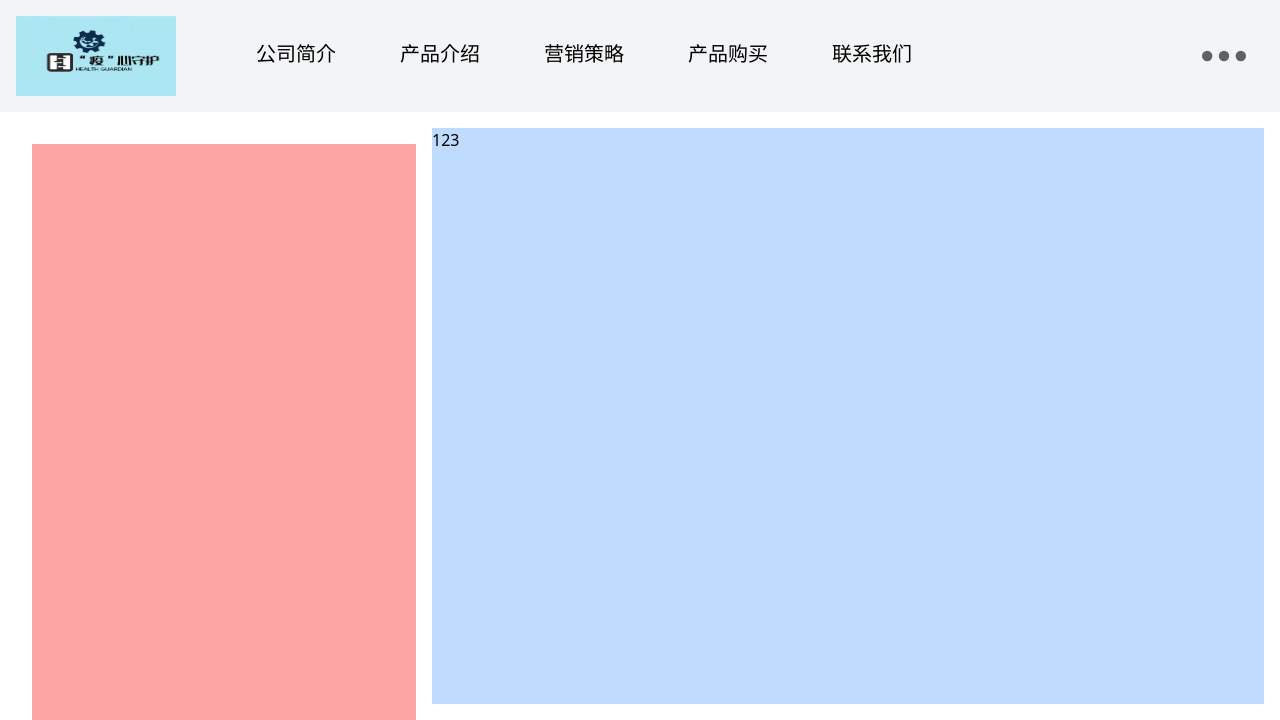
Repository: LiuRuohui/company_introduction
Page: /#/introduction
An editor plug-in stored every save of this project. The page is shown before and after the next save, followed by the edit.
The browser window is 1280 px wide. The pictures show the whole page.
The project was rebuilt for these pictures with package versions that can differ from the ones it lists, and the page was loaded fresh each time. Also part of the build but not shown: vite.config.js, src/components/product.vue, src/components/purchase.vue, src/components/strategy.vue, src/components/contact.vue, src/components/public.vue.

Above is the page before, as saved 2022-05-09 23:30:28.

### index.html
<!DOCTYPE html>
<html lang="en">
  <head>
    <meta charset="UTF-8" />
    <link rel="icon" href="/favicon.ico" />
    <meta name="viewport" content="width=device-width, initial-scale=1.0" />
    <title>COMPANY_INTRODUCTION</title>
  </head>
  <body>
    <div id="app"></div>
    <script type="module" src="/src/main.js"></script>
  </body>
</html>

### src/main.js
import { createApp } from 'vue'
import "./index.css";
//引入路由器
import router from '../src/router/route.js'

import App from './App.vue'

const app = createApp(App);
app.use(router);
app.mount('#app');

### src/index.css
/* ./src/index.css */

@tailwind base;
@tailwind components;
.inputFrame {
  @apply w-full content-center text-base px-4 py-2 border-b rounded-2xl border-gray-300;
}

.inputFrame:focus {
  @apply outline-none border-indigo-500;
}

.btn {
  @apply w-full flex justify-center bg-gradient-to-r from-indigo-500 to-blue-600 text-gray-100 p-4 rounded-full tracking-wide font-semibold shadow-lg cursor-pointer transition ease-in duration-500;
}

.btn:hover {
  @apply bg-gradient-to-l from-blue-500 to-indigo-600;
}

.label {
  @apply ml-3 text-sm font-bold text-gray-700 tracking-wide;
}

@tailwind utilities;

### src/router/route.js
import { createRouter, createWebHashHistory } from "vue-router";
//引入组件
import Introduction from "../components/introduction.vue"
import Product from "../components/product.vue"
import Purchase from "../components/purchase.vue"
import Strategy from "../components/strategy.vue"
import Contact from "../components/contact.vue"

const route = [
    {
        path:'/introduction',
        component:Introduction
    },
    {
        path:'/product',
        component:Product
    },
    {
        path:'/strategy',
        component:Strategy
    },
    {
        path:'/purchase',
        component:Purchase
    },
    {
        path:'/contact',
        component:Contact
    },
]

// 创建路由对象
const router = createRouter({
    history: createWebHashHistory(),
    routes: route
  });


export default router

### src/App.vue
<script setup>
import Public from './components/public.vue';
import MainPage from './components/mainPage.vue';
// This starter template is using Vue 3 <script setup> SFCs
// Check out https://vuejs.org/api/sfc-script-setup.html#script-setup

</script>

<template>
<MainPage></MainPage>
</template>

<style>

</style>

### src/components/introduction.vue
<script setup>

</script>

<template>
<div class="w-full m-4 flex flex-row">
    <div class="flex h-full w-1/3">
        <div class="m-4 bg-red-300 w-full h-full">

        </div>
    </div>
    <div class="flex flex-grow bg-blue-200">
123
    </div>
</div>
</template>

### src/components/mainPage.vue
<script setup></script>

<template>
    <div class="max-h-full min-h-screen w-full flex flex-col bg-white">
        <div class="w-full h-28 flex flex-row bg-gray-100">
            <div class="h-full">
                <img
                    src="/src/assets/logo.png"
                    alt="公司图标"
                    class="h-20 m-4 w-40"
                />
            </div>
            <div class="flex font-sans text-xl ml-8">
                <router-link
                    active-class="active"
                    to="/introduction"
                    class="px-8 pt-10 hover:cursor-pointer hover:bg-blue-300"
                    >公司简介</router-link
                >
                <router-link
                    active-class="active"
                    to="/product"
                    class="px-8 pt-10 hover:cursor-pointer hover:bg-blue-300"
                    >产品介绍</router-link
                >
                <router-link
                    active-class="active"
                    to="/strategy"
                    class="px-8 pt-10 hover:cursor-pointer hover:bg-blue-300"
                    >营销策略</router-link
                >
                <router-link
                    active-class="active"
                    to="/purchase"
                    class="px-8 pt-10 hover:cursor-pointer hover:bg-blue-300"
                    >产品购买</router-link
                >
                <router-link
                    active-class="active"
                    to="/contact"
                    class="px-8 pt-10 hover:cursor-pointer hover:bg-blue-300"
                    >联系我们</router-link
                >
            </div>
            <div class="flex flex-grow flex-row-reverse">
                <img
                    src="/src/assets/more.svg"
                    alt="更多"
                    class="w-16 h-16 opacity-60 mt-6 mr-6 hover:cursor-pointer"
                />
            </div>
        </div>
        <div class="w-full flex flex-grow">
            <router-view></router-view>
        </div>
    </div>
</template>

<style></style>

### tailwind.config.js
module.exports = {
  content: [
      "./index.html",
      "./src/**/*.{vue,js,ts,jsx,tsx}",
  ],
  theme: {
      extend: {},
  },
  plugins: [],
}

After the next save:
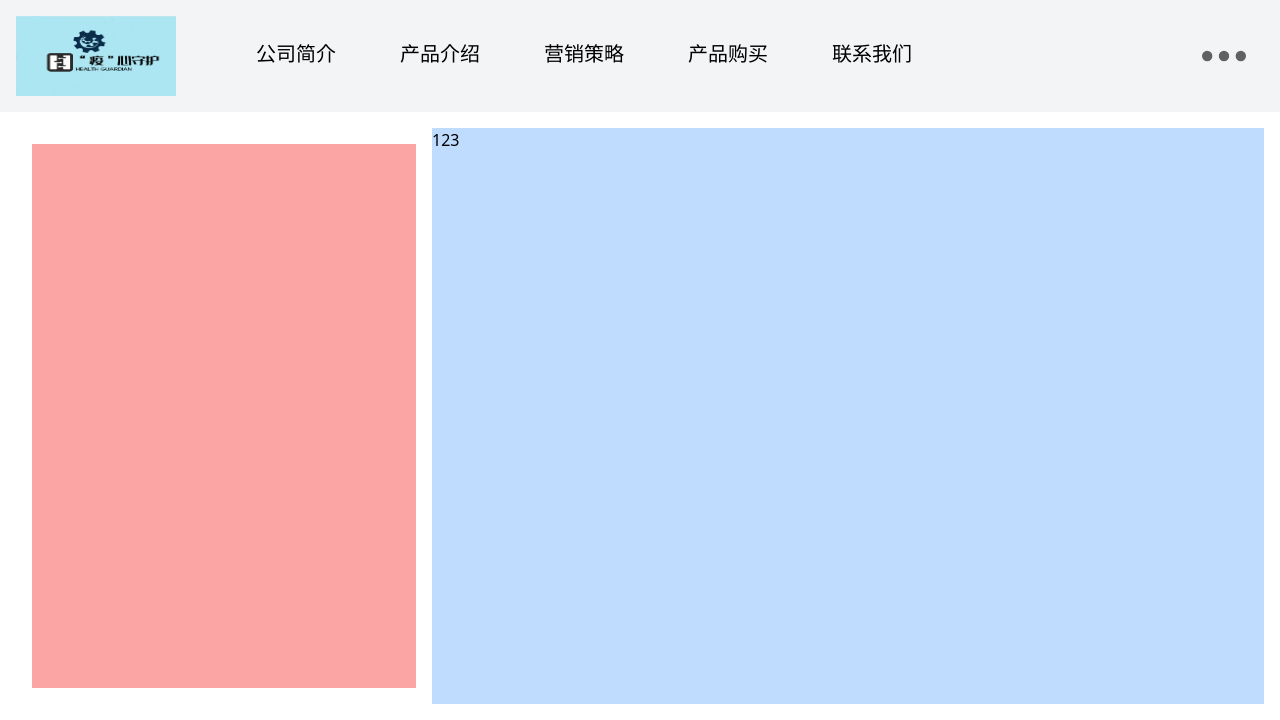
Saved 17 s later.
--- a/src/components/introduction.vue
+++ b/src/components/introduction.vue
@@ -5,7 +5,7 @@
 <template>
 <div class="w-full m-4 flex flex-row">
     <div class="flex h-full w-1/3">
-        <div class="m-4 bg-red-300 w-full h-full">
+        <div class="m-4 bg-red-300 w-full">
 
         </div>
     </div>
